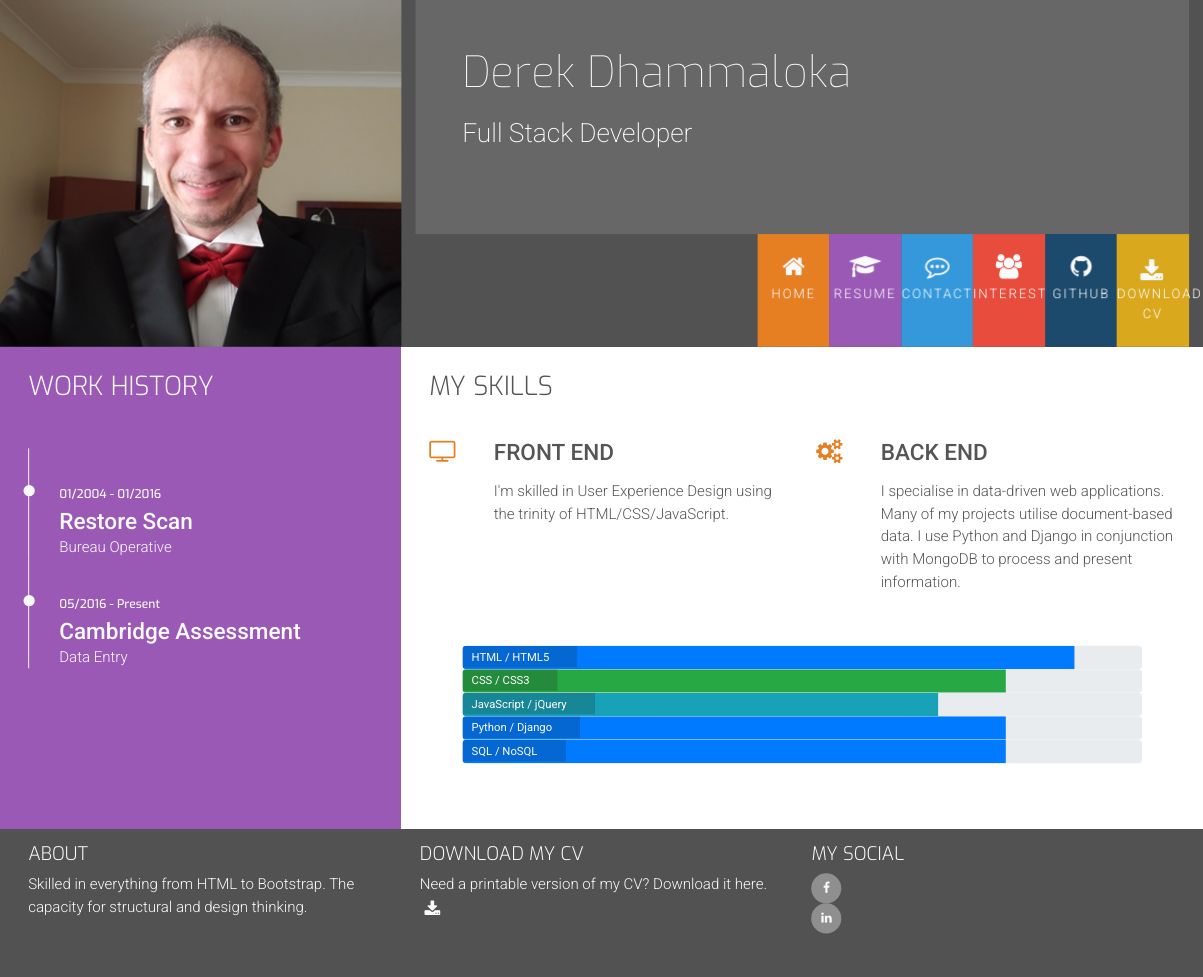
Repository: derektypist/derek-dhammaloka-cv
Page: resume.html
The author's editor kept a record of every edit. The page is drawn from the files as they stood at one moment, then again after the next edit.
The browser window is 1280 px wide. The pictures show the whole page, at 94% of full size.
Some web libraries are served in a nearby version.

Above is the page before.

After the next edit:
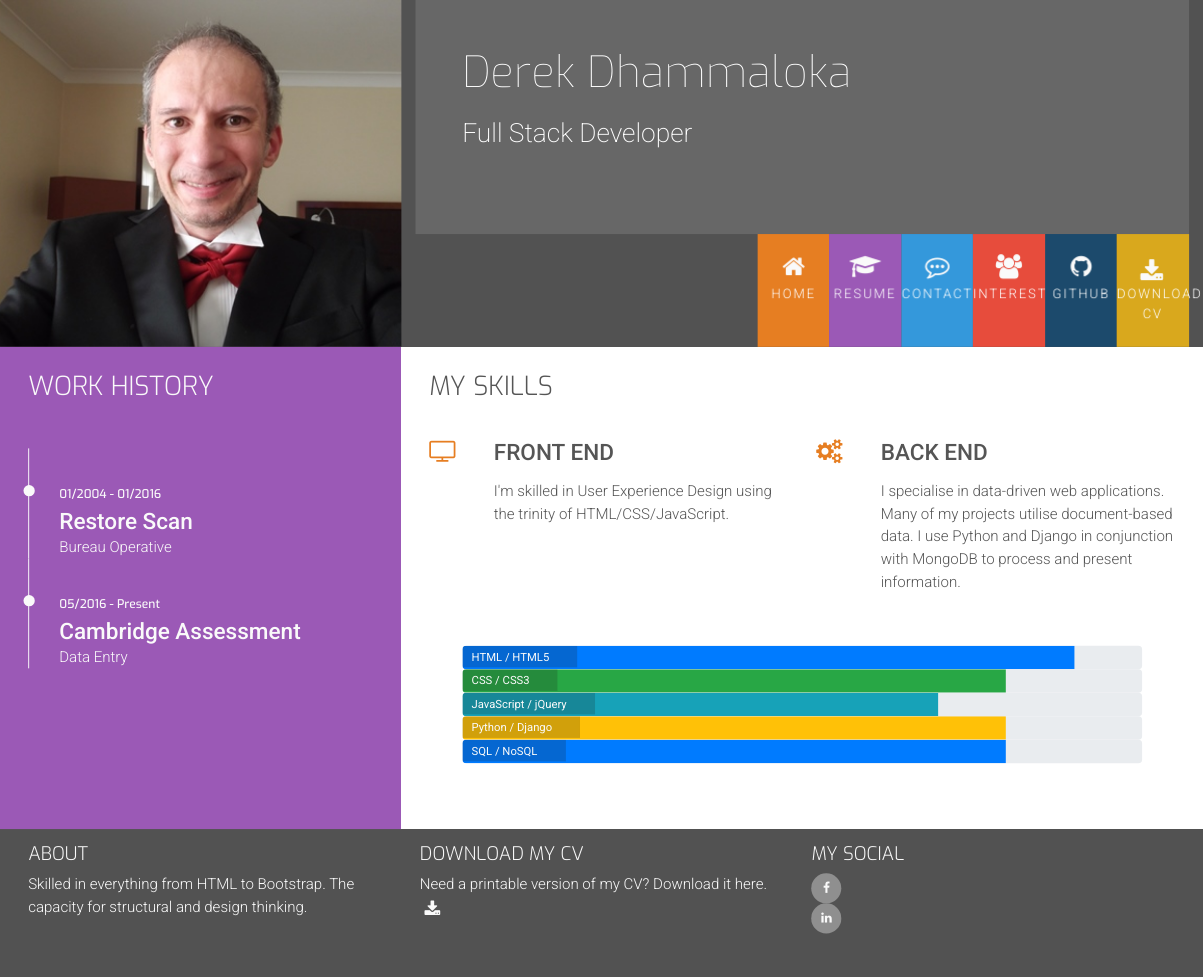
The edit:
--- a/resume.html
+++ b/resume.html
@@ -147,7 +147,7 @@
                             <span class="progress-type">JavaScript / jQuery</span>
                         </div>
                         <div class="progress">
-                            <div class="progress-bar progress-bar-warning" role="progressbar" aria-valuenow="80" aria-valuemin="0" aria-valuemax="100" style="width: 80%">
+                            <div class="progress-bar bg-warning" role="progressbar" aria-valuenow="80" aria-valuemin="0" aria-valuemax="100" style="width: 80%">
                                 <span class="sr-only"> 80% complete</span>
                             </div>
                             <span class="progress-type">Python / Django</span>
